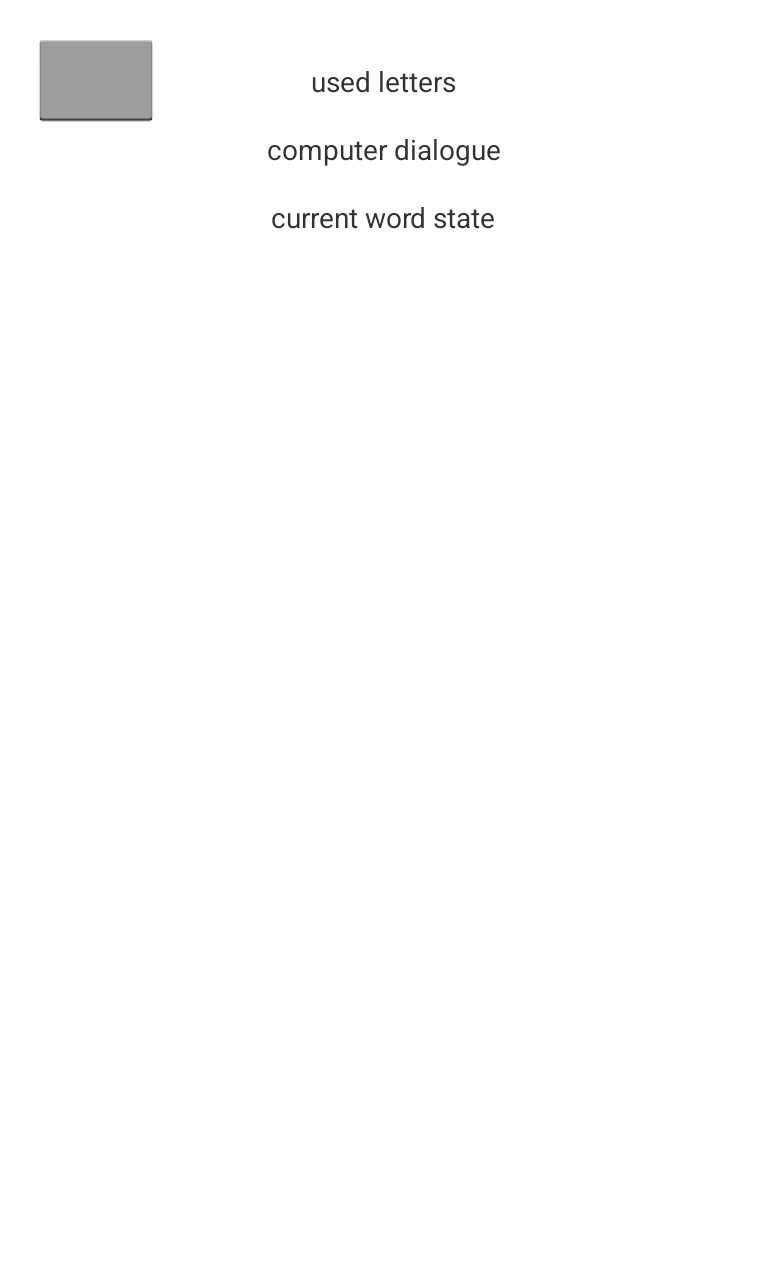
Repository: svandenhout/EvilSpaceMonsterHangman
Layout: evilSpaceMonsterHangman/res/layout/activity_main.xml
These files come from the project's save history. The layout is drawn as it stood at one moment and after the next save; the edit follows.
It is drawn on a 768 x 1280 px phone screen (xhdpi) without system bars, with theme AppTheme; the app's code is not run.

Above is the layout before, as saved 2013-12-15 21:54:10.

### evilSpaceMonsterHangman/res/layout/activity_main.xml
<RelativeLayout xmlns:android="http://schemas.android.com/apk/res/android"
              xmlns:tools="http://schemas.android.com/tools"
              android:layout_width="match_parent"
              android:layout_height="match_parent"
              android:paddingLeft="@dimen/activity_horizontal_margin"
              android:paddingRight="@dimen/activity_horizontal_margin"
              android:paddingTop="@dimen/activity_vertical_margin"
              android:paddingBottom="@dimen/activity_vertical_margin"
              tools:context=".MainActivity"
              android:orientation="vertical">

    <TextView
            android:id="@+id/usedLetters"
            android:layout_width="wrap_content"
            android:layout_height="wrap_content"
            android:text="@string/used_letters"
            android:layout_centerHorizontal="true"
            android:layout_marginTop="15dp"/>

    <TextView
            android:id="@+id/computerDialogue"
            android:layout_width="wrap_content"
            android:layout_height="wrap_content"
            android:layout_centerHorizontal="true"
            android:text="@string/computer_dialogue"
            android:layout_below="@+id/usedLetters"
            android:layout_marginTop="15dp"/>

    <TextView
            android:id="@+id/currentWordState"
            android:layout_width="wrap_content"
            android:layout_height="wrap_content"
            android:layout_below="@id/computerDialogue"
            android:text="@string/current_word_state"
            android:layout_centerHorizontal="true"
            android:layout_marginTop="15dp"/>

    <Button
		    android:id="@+id/eye_1"
		    android:layout_width="wrap_content"
		    android:layout_height="wrap_content"
		    android:onClick="clickEyeOne" />

    <Button
            android:id="@+id/eye_2"
            android:layout_width="wrap_content"
            android:layout_height="wrap_content"
            android:onClick="clickEyeTwo" />

    <Button
            android:id="@+id/eye_3"
            android:layout_width="wrap_content"
            android:layout_height="wrap_content"
            android:onClick="clickEyeThree" />

    <Button
            android:id="@+id/eye_4"
            android:layout_width="wrap_content"
            android:layout_height="wrap_content"
            android:onClick="clickEyeFour" />

    <Button
            android:id="@+id/eye_5"
            android:layout_width="wrap_content"
            android:layout_height="wrap_content"
            android:onClick="clickEyeFive" />

    <Button
            android:id="@+id/eye_6"
            android:layout_width="wrap_content"
            android:layout_height="wrap_content"
            android:onClick="clickEyeSix" />
</RelativeLayout>

### evilSpaceMonsterHangman/res/values/strings.xml
<?xml version="1.0" encoding="utf-8"?>
<resources>

    <string name="app_name" >Hangman
    </string>

    <!-- settings & preferences -->
    <string name="hi_scores" >hi-scores
    </string>
    <string name="settings" >settings
    </string>
    <string name="reset" >reset game
    </string>

    <string name="title_user_name" >user name
    </string>
    <string name="title_word_length">word length
    </string>
    <string name="title_amount_of_turns">amount of turns
    </string>
    <string name="title_evil_mode">Evil Mode
    </string>

    <string name="summary_user_name">set your user name here
    </string>
    <string name="summary_word_length">set the length of the words that you want to use
    </string>
    <string name="summary_amount_of_turns">set the amount of turns until you lose
    </string>
    <string name="summary_evil_mode">Start playing Evil Mode, You will not win
    </string>

    <string name="dialog_user_name" >user name:
    </string>
    <string name="dialog_word_length">word length:
    </string>
    <string name="dialog_amount_of_turns">amount of turns:
    </string>
    <string name="dialog_evil_mode">Evil Mode?
    </string>


    <!-- game ui -->
    <string name="current_word" >current word
    </string>
    <string name="current_word_state" >current word state
    </string>
    <string name="used_letters" >used letters
    </string>
    <string name="computer_dialogue">computer dialogue</string>

    <!-- game states -->
    <string name="game_won">game won
    </string>
    <string name="game_lost">game lost
    </string>

    <!-- computer monologue -->
    <string name="cmonologue_start">Pick a letter to start playing</string>
    <string name="cmonologue_used">This letter has already been used, try again</string>
    <string name="cmonologue_invalid">WHAT THE HELL IS THAT!?, try another one</string>
    <string name="cmonologue_wrong">Wrong guess, pick again</string>
    <string name="cmonologue_correct">Lucky, why don\'t you try again?</string>
    <string name="cmonologue_won">:((</string>
    <string name="cmonologue_lost">:-)</string>
</resources>

Loaded but not shown: evilSpaceMonsterHangman/res/values/styles.xml (common file); evilSpaceMonsterHangman/res/values-v11/styles.xml (common file); evilSpaceMonsterHangman/res/values-v14/styles.xml (common file); evilSpaceMonsterHangman/res/values/dimens.xml (common file)

After the next save:
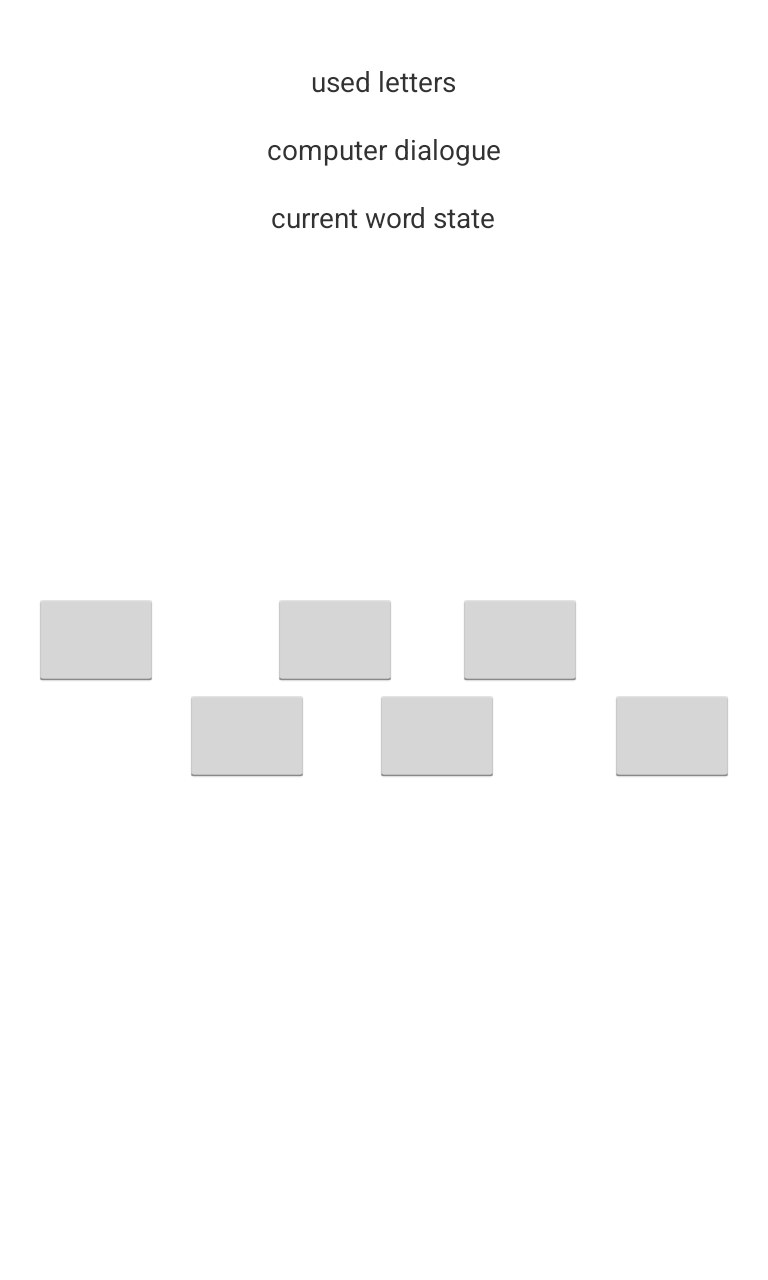
Saved 11 h 10 min later.
--- a/evilSpaceMonsterHangman/res/layout/activity_main.xml
+++ b/evilSpaceMonsterHangman/res/layout/activity_main.xml
@@ -36,38 +36,53 @@
             android:layout_marginTop="15dp"/>
 
     <Button
-		    android:id="@+id/eye_1"
-		    android:layout_width="wrap_content"
-		    android:layout_height="wrap_content"
-		    android:onClick="clickEyeOne" />
+        android:id="@+id/eye_6"
+        android:layout_width="wrap_content"
+        android:layout_height="wrap_content"
+        android:layout_alignParentLeft="true"
+        android:layout_centerVertical="true"
+        android:onClick="clickEyeSix" />
 
     <Button
-            android:id="@+id/eye_2"
-            android:layout_width="wrap_content"
-            android:layout_height="wrap_content"
-            android:onClick="clickEyeTwo" />
+        android:id="@+id/eye_5"
+        android:layout_width="wrap_content"
+        android:layout_height="wrap_content"
+        android:layout_below="@+id/eye_6"
+        android:layout_toLeftOf="@+id/usedLetters"
+        android:onClick="clickEyeFive" />
 
     <Button
-            android:id="@+id/eye_3"
-            android:layout_width="wrap_content"
-            android:layout_height="wrap_content"
-            android:onClick="clickEyeThree" />
+        android:id="@+id/eye_4"
+        android:layout_width="wrap_content"
+        android:layout_height="wrap_content"
+        android:layout_above="@+id/eye_5"
+        android:layout_alignLeft="@+id/currentWordState"
+        android:onClick="clickEyeFour" />
 
     <Button
-            android:id="@+id/eye_4"
-            android:layout_width="wrap_content"
-            android:layout_height="wrap_content"
-            android:onClick="clickEyeFour" />
+        android:id="@+id/eye_3"
+        android:layout_width="wrap_content"
+        android:layout_height="wrap_content"
+        android:layout_alignBaseline="@+id/eye_5"
+        android:layout_alignBottom="@+id/eye_5"
+        android:layout_alignRight="@+id/computerDialogue"
+        android:onClick="clickEyeThree" />
 
     <Button
-            android:id="@+id/eye_5"
-            android:layout_width="wrap_content"
-            android:layout_height="wrap_content"
-            android:onClick="clickEyeFive" />
+        android:id="@+id/eye_2"
+        android:layout_width="wrap_content"
+        android:layout_height="wrap_content"
+        android:layout_above="@+id/eye_3"
+        android:layout_toRightOf="@+id/usedLetters"
+        android:onClick="clickEyeTwo" />
 
     <Button
-            android:id="@+id/eye_6"
-            android:layout_width="wrap_content"
-            android:layout_height="wrap_content"
-            android:onClick="clickEyeSix" />
+        android:id="@+id/eye_1"
+        android:layout_width="wrap_content"
+        android:layout_height="wrap_content"
+        android:layout_alignBaseline="@+id/eye_3"
+        android:layout_alignBottom="@+id/eye_3"
+        android:layout_alignParentRight="true"
+        android:onClick="clickEyeOne" />
+
 </RelativeLayout>
